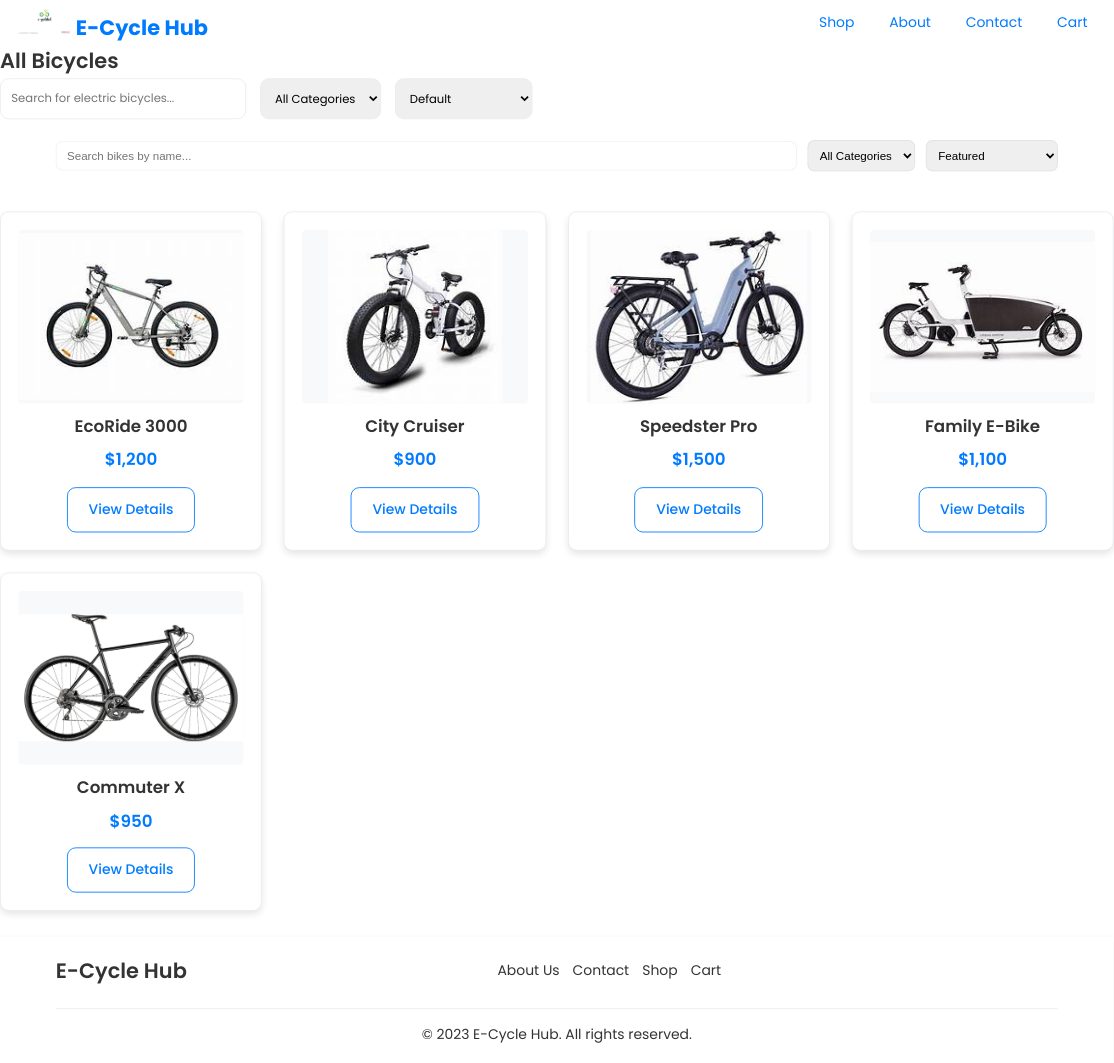
Repository: Rutuja-g/E-Cycle-Hub
Page: public/products.html
An editor plug-in stored every save of this project. The page is shown before and after the next save, followed by the edit.
The browser window is 1280 px wide. The pictures show the whole page, at 87% of full size.

Above is the page before, as saved 2025-10-24 15:58:27.
Console error: SyntaxError: Unexpected token 'export'

After the next save:
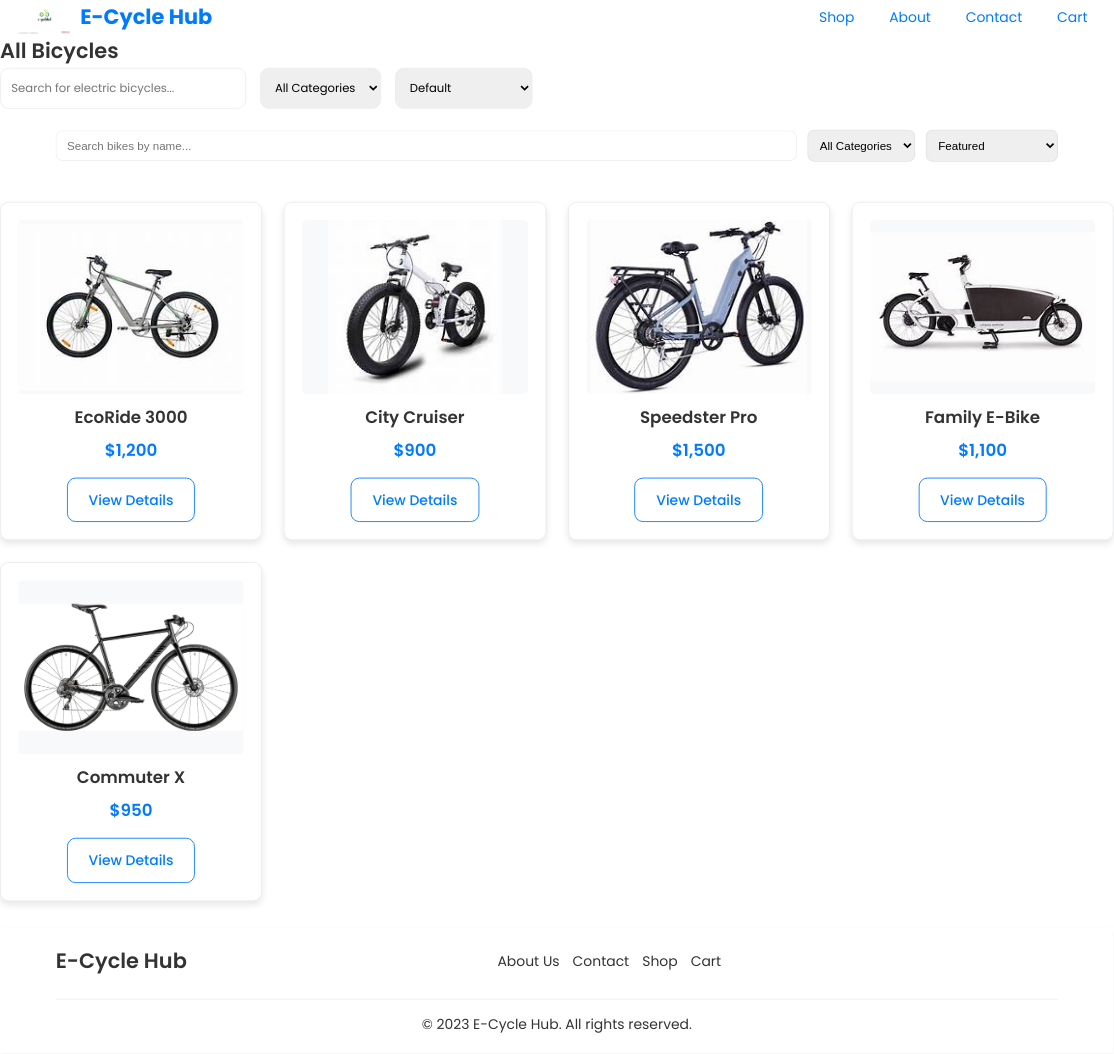
Saved 9 s later.
--- a/public/css/main.css
+++ b/public/css/main.css
@@ -48,6 +48,14 @@ nav {
 .logo a {
   font-size: 1.5em;
   font-weight: bold;
+  display: flex;
+  align-items: center;
+  gap: 10px;
+}
+
+.logo img {
+  height: 40px;
+  width: auto;
 }
 
 .nav-links {
